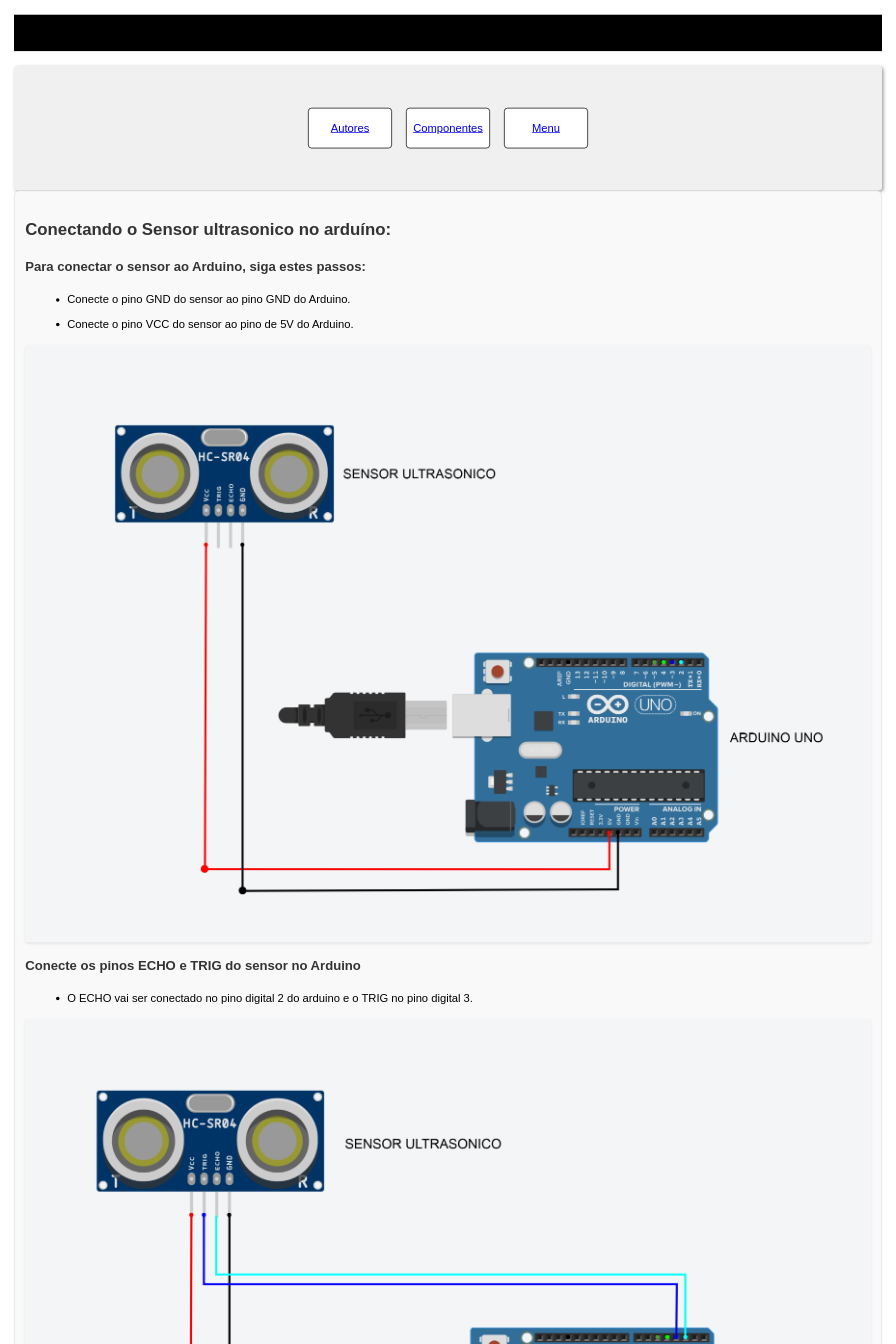
Repository: Eito2511/Site-tutorial-arduino
Page: tutorial.html
The author's editor kept a copy of each file at every save. The page is drawn from the files as they stood at one save, then again after the next save.
The browser window is 1280 px wide. The pictures show the part of the page from y = 0 to 1920 px (the page is 4499 px tall before and 4297 px after), at 70% of full size.

Above is the page before, as saved 2025-06-03 18:53:40.

After the next save:
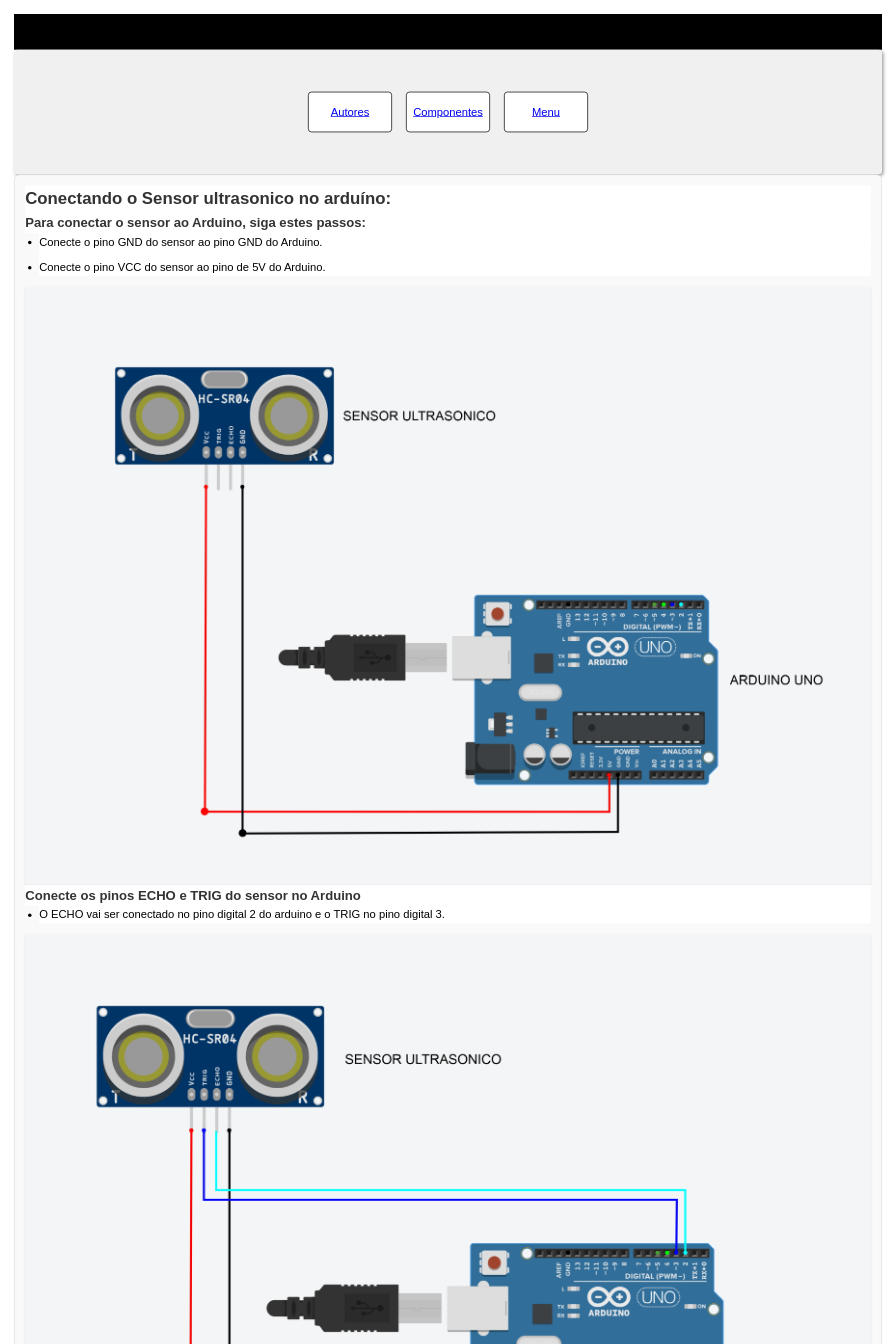
Saved 2 min 3 s later.
--- a/styles1.css
+++ b/styles1.css
@@ -1,3 +1,12 @@
+*{
+    height: 3000;
+    padding: 0;
+    margin: 0;
+    background-color:rgb(255, 255, 255);
+    font-family: Arial, Helvetica, sans-serif;
+}
+
+
 .titulo{
     background-color: rgb(0, 0, 0);
 }

After the save that followed:
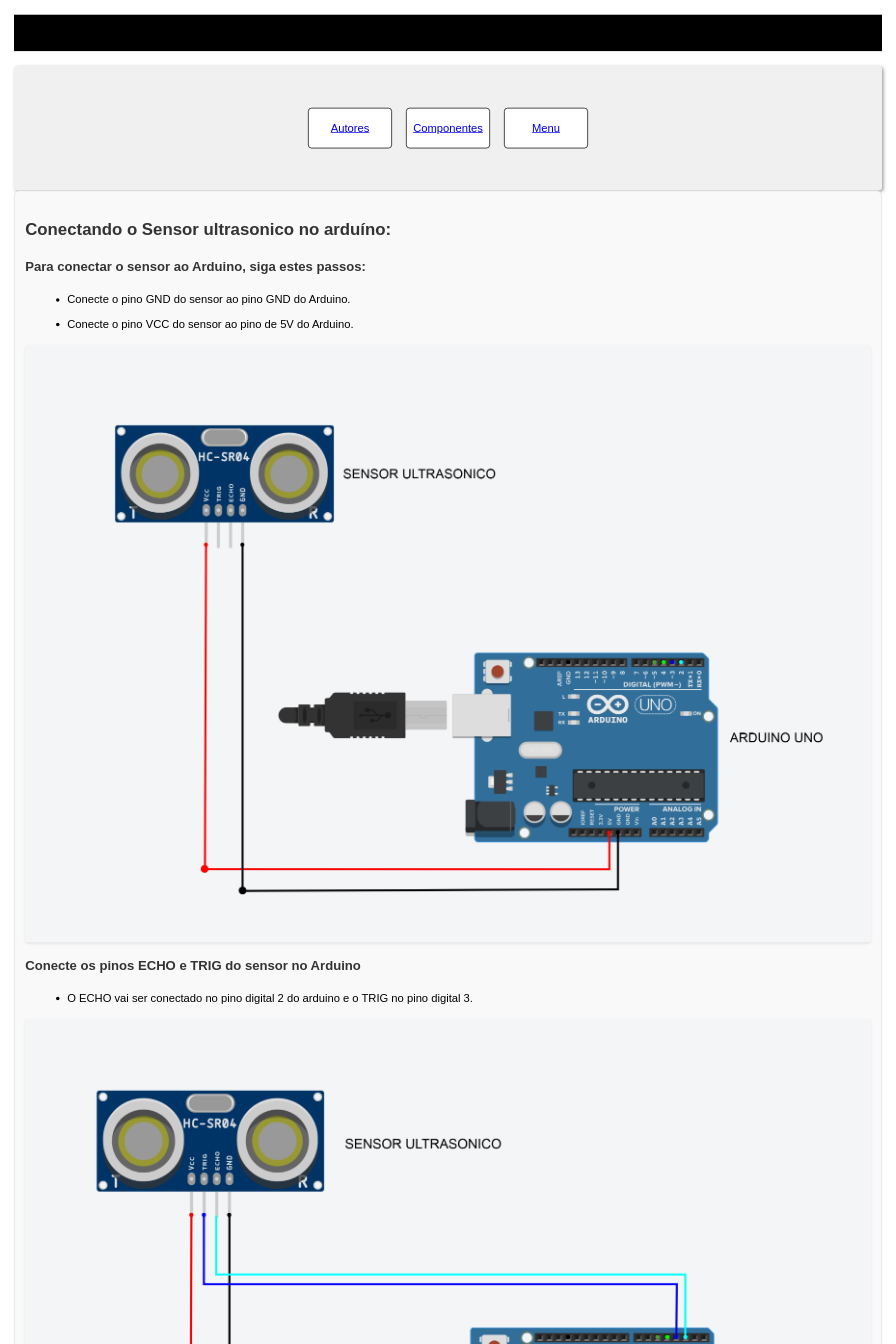
Saved 27 s later.
--- a/styles1.css
+++ b/styles1.css
@@ -1,10 +1,3 @@
-*{
-    height: 3000;
-    padding: 0;
-    margin: 0;
-    background-color:rgb(255, 255, 255);
-    font-family: Arial, Helvetica, sans-serif;
-}
 
 
 .titulo{
